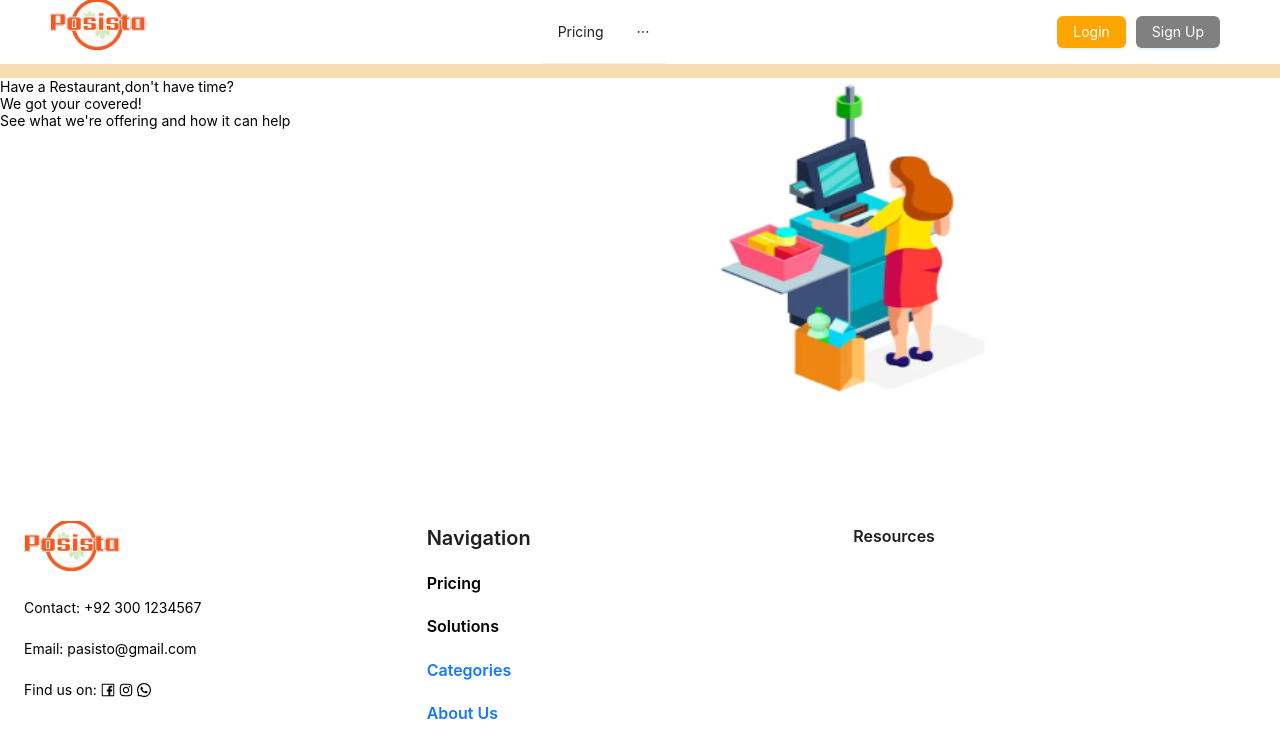
Repository: usmanarshad90/Posista
Page: / (app in test/)
These files come from the project's save history. The page is drawn as it stood at one moment and after a run of saves; the edit follows.
The browser window is 1280 px wide. The pictures show the whole page.
The project was rebuilt for these pictures with package versions that can differ from the ones it lists, and the page was loaded fresh each time. Also part of the build but not shown: test/src/components/Pricing/Pricing.jsx, test/src/components/Solution/Solutions.jsx, test/src/components/About/AboutUs.jsx, test/src/components/login/login.jsx, test/src/components/signup/signup.jsx.

Above is the page before, as saved 2023-11-28 14:35:55.

After the next 2 saves:
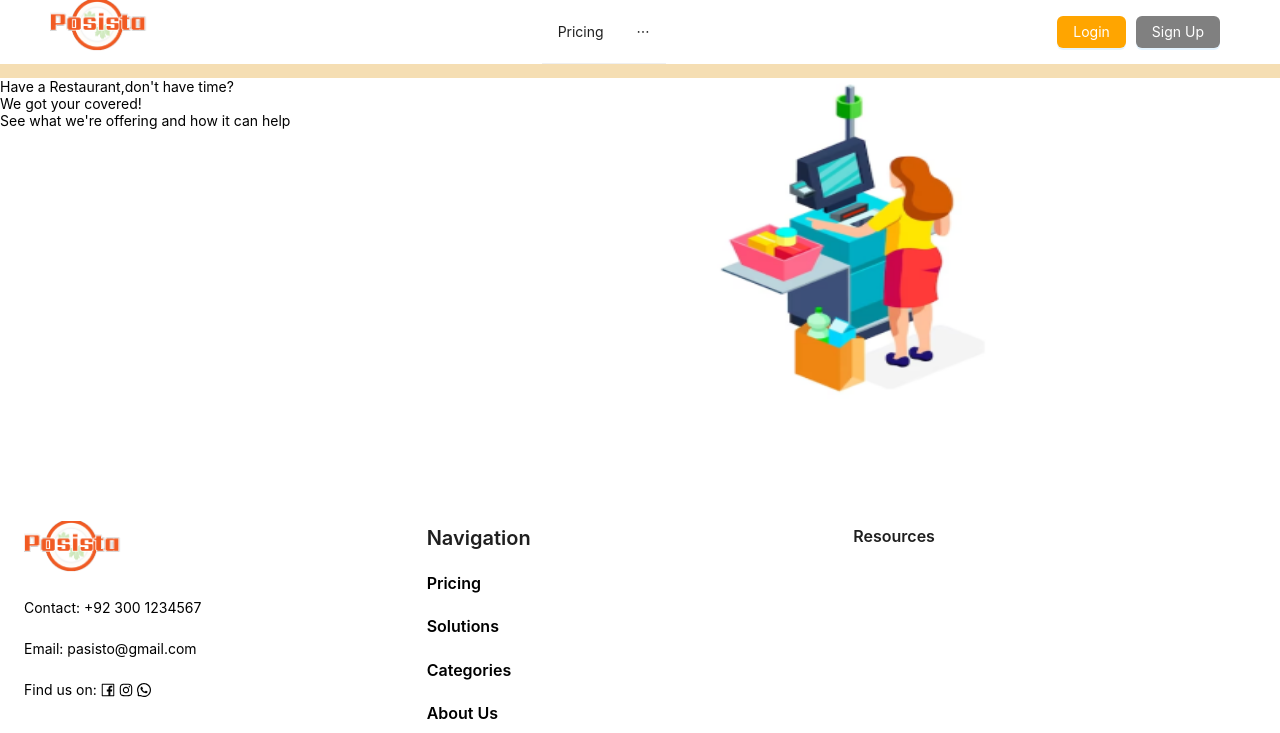
The 2 saves are shown as one change because they came seconds apart.
The last was saved 6 s later.
--- a/test/src/components/Footer/Footer.jsx
+++ b/test/src/components/Footer/Footer.jsx
@@ -43,9 +43,9 @@ const Footer = () => {
       <Typography.Title level={5}>
       <Link to={'/solution'} style={{color:'black'}}>Solutions</Link></Typography.Title>
       <Typography.Title level={5}>
-      <Link to={'/about'} >Categories</Link></Typography.Title>
+      <Link to={'/about'} style={{color:'black'}}>Categories</Link></Typography.Title>
       <Typography.Title level={5}>
-      <Link to={'/about'} >About Us</Link></Typography.Title>
+      <Link to={'/about'} style={{color:'black'}}>About Us</Link></Typography.Title>
 
 
       </Col>
